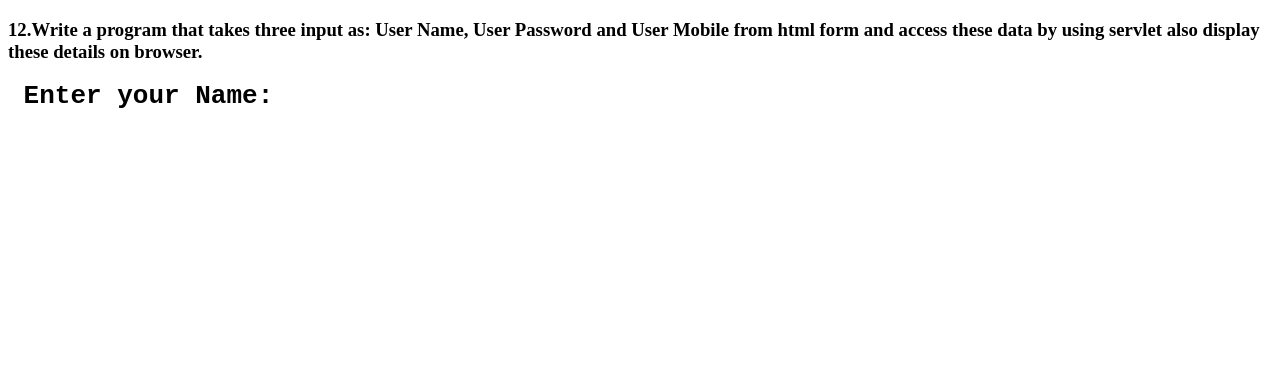
Repository: VIVEKANAND-SINHA/AdvanceJavaTraining
Page: ProjectFileAdvanceJava/src/main/webapp/Question12.html
These files come from the project's save history. The page is drawn as it stood at one moment and after the next save; the edit follows.
The browser window is 1280 px wide. The pictures show the whole page.

Above is the page before, as saved 2023-01-26 09:21:23.

After the next save:
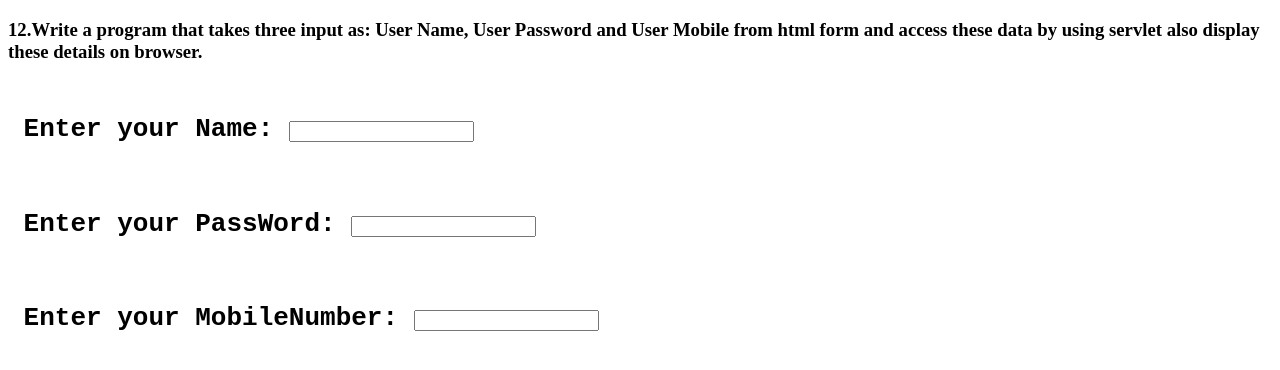
Saved 3 min 8 s later.
--- a/ProjectFileAdvanceJava/src/main/webapp/Question12.html
+++ b/ProjectFileAdvanceJava/src/main/webapp/Question12.html
@@ -8,8 +8,11 @@
 <h3> 12.Write a program that takes three input as: User Name, User Password and User Mobile from html form and
 access these data by using servlet also display these details on browser.</h3>
 <form method = "post" action = "getdetails">
+
 <pre>
-<h1> Enter your Name: </h1>
+	<h1> Enter your Name: <input type = "text" name = "name"> </h1>
+	<h1> Enter your PassWord: <input type = "text" name = "pass"> </h1>
+	<h1> Enter your MobileNumber: <input type = "text" name = "number"> </h1>
 
 
 </pre>
